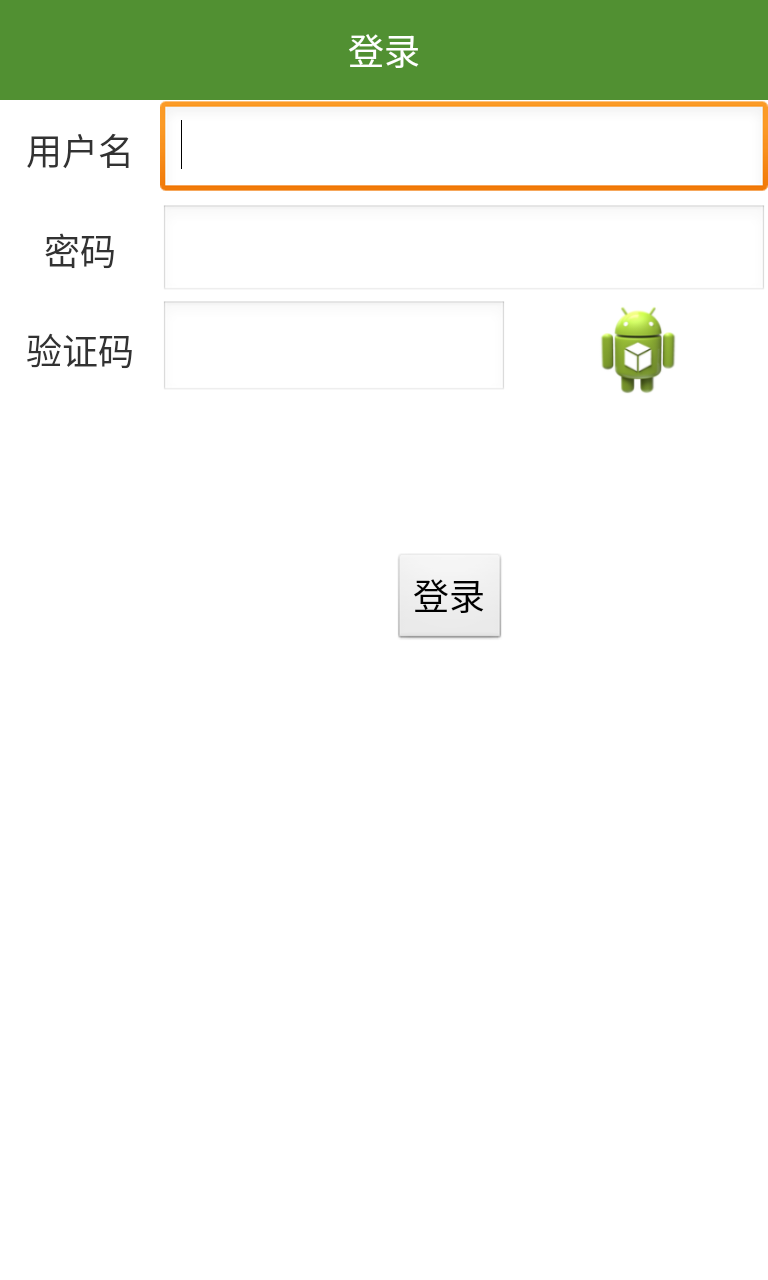
Repository: xuelang201201/Android
Layout: Android网络/android_day03_ems/res/layout/activity_login.xml
These files come from the project's save history. The layout is drawn as it stood at one moment and after the next save; the edit follows.
It is drawn on a 768 x 1280 px phone screen (xhdpi) without system bars, with theme android:Theme.Light.NoTitleBar; the app's code is not run.

Above is the layout before, as saved 2016-03-03 11:45:50.

After the next save:
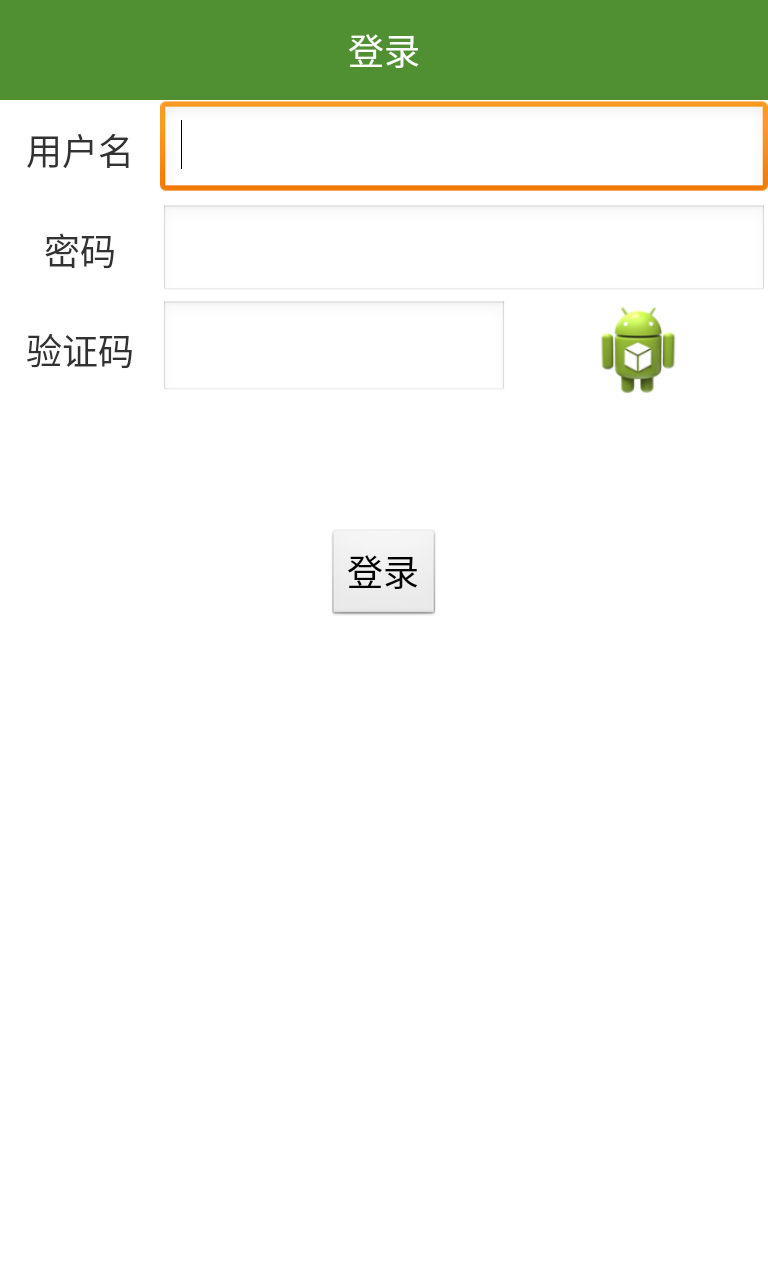
Saved 93 s later.
--- a/Android网络/android_day03_ems/res/layout/activity_login.xml
+++ b/Android网络/android_day03_ems/res/layout/activity_login.xml
@@ -68,17 +68,6 @@
         android:ems="10"
         android:singleLine="true" />
 
-    <Button
-        android:id="@+id/btn_login_emp"
-        android:layout_width="wrap_content"
-        android:layout_height="wrap_content"
-        android:layout_below="@+id/et_login_emp_code"
-        android:layout_marginTop="76dp"
-        android:layout_toLeftOf="@+id/iv_login_emp_code"
-        android:onClick="doClick"
-        android:text="登录"
-        android:textSize="18sp" />
-
     <ImageView
         android:id="@+id/iv_login_emp_code"
         android:layout_width="130dp"
@@ -99,4 +88,15 @@
         android:inputType="textPassword"
         android:singleLine="true" />
 
+    <Button
+        android:id="@+id/btn_login_emp"
+        android:layout_width="wrap_content"
+        android:layout_height="wrap_content"
+        android:layout_below="@+id/et_login_emp_code"
+        android:layout_centerHorizontal="true"
+        android:layout_marginTop="64dp"
+        android:onClick="doClick"
+        android:text="登录"
+        android:textSize="18sp" />
+
 </RelativeLayout>
